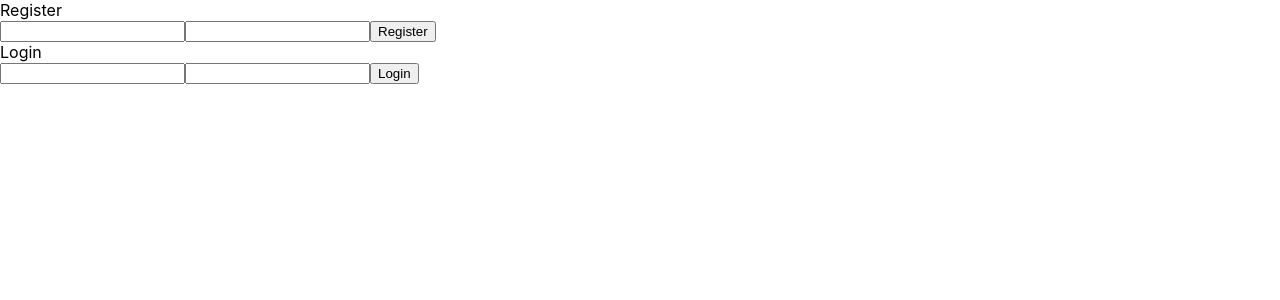
Repository: punitbathija/Placement-Assitance-iNeuron
Page: / (app in React/taskmanager/)
An editor plug-in stored every save of this project. The page is shown before and after the next save, followed by the edit.
The browser window is 1280 px wide. The pictures show the whole page.
The project was rebuilt for these pictures with package versions that can differ from the ones it lists, and the page was loaded fresh each time. Also part of the build but not shown: React/taskmanager/src/TaskDashboard.jsx.

Above is the page before, as saved 2023-06-06 15:03:00.

After the next save:
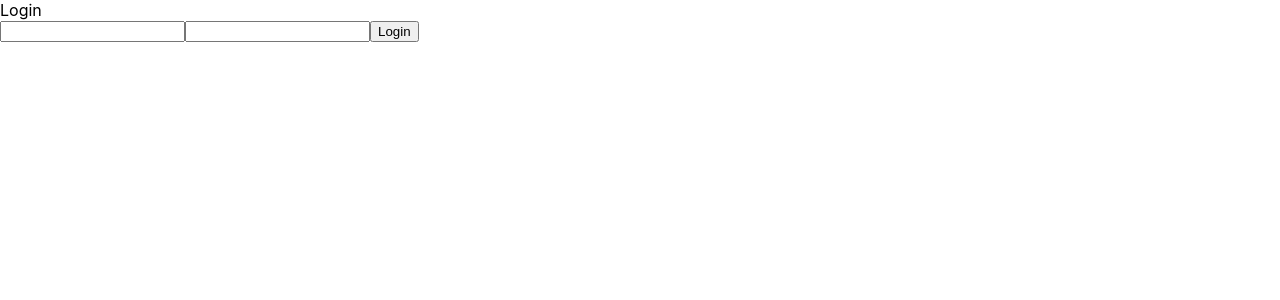
Saved 57 s later.
--- a/React/taskmanager/src/App.js
+++ b/React/taskmanager/src/App.js
@@ -1,14 +1,12 @@
 import React, { useState } from "react";
 import Login from "./Login";
 import TaskDashboard from "./TaskDashboard";
-import Register from "./Register";
 
 const App = () => {
   const [token, setToken] = useState("");
 
   return (
     <div>
-      <Register />
       {token ? <TaskDashboard token={token} /> : <Login setToken={setToken} />}
     </div>
   );

After the save that followed:
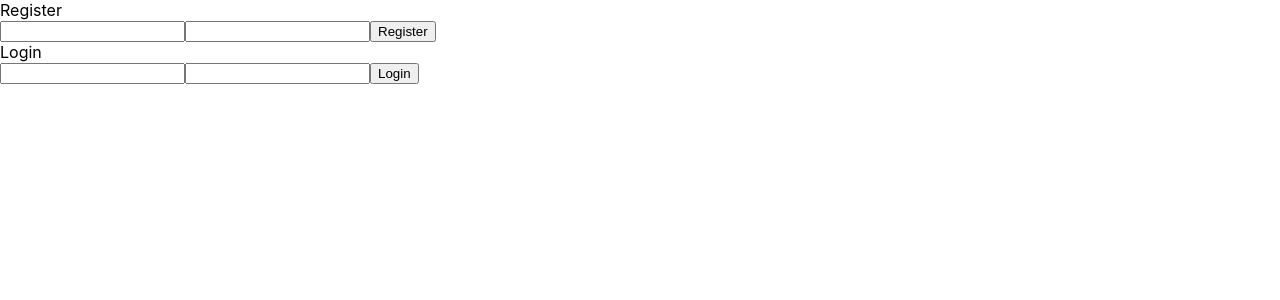
Saved 8 s later.
--- a/React/taskmanager/src/App.js
+++ b/React/taskmanager/src/App.js
@@ -1,12 +1,14 @@
 import React, { useState } from "react";
 import Login from "./Login";
 import TaskDashboard from "./TaskDashboard";
+import Register from "./Register";
 
 const App = () => {
   const [token, setToken] = useState("");
 
   return (
     <div>
+      <Register />
       {token ? <TaskDashboard token={token} /> : <Login setToken={setToken} />}
     </div>
   );
